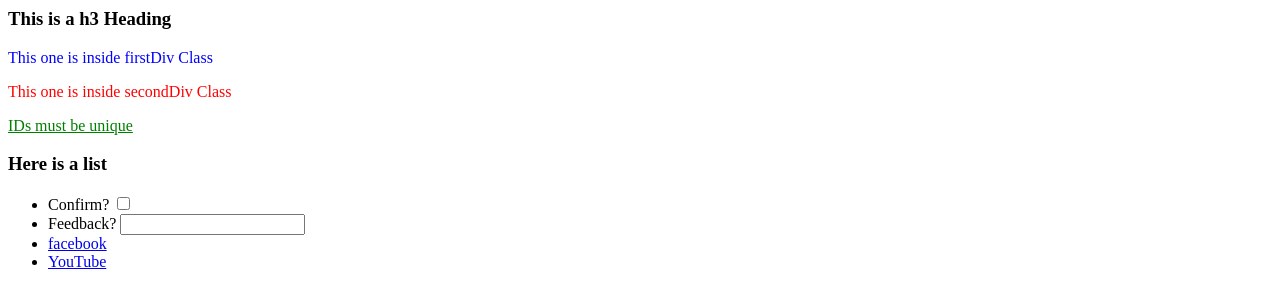
Repository: MonwarAdeeb/Bista_Solutions
Page: HTML & CSS/CSS/Level One/03. Apply Style on Subsets.html
An editor plug-in stored every save of this project. The page is shown before and after the next save, followed by the edit.
The browser window is 1280 px wide. The pictures show the whole page.

Above is the page before, as saved 2021-05-19 17:04:19.

After the next save:
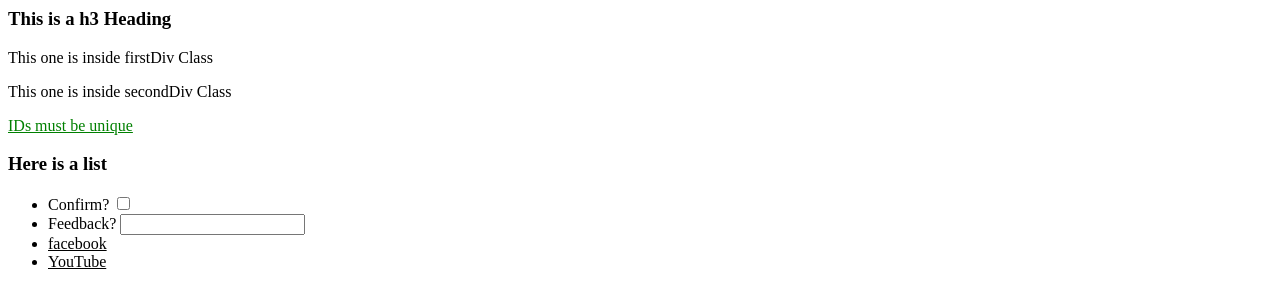
Saved 6 s later.
--- a/HTML & CSS/CSS/Level One/03. Apply Style on Subsets.css
+++ b/HTML & CSS/CSS/Level One/03. Apply Style on Subsets.css
@@ -16,6 +16,6 @@ IDs use hashtag before ID name */
   text-decoration: underline;
 }
 
-*{
-
+* {
+  color: black;
 }
